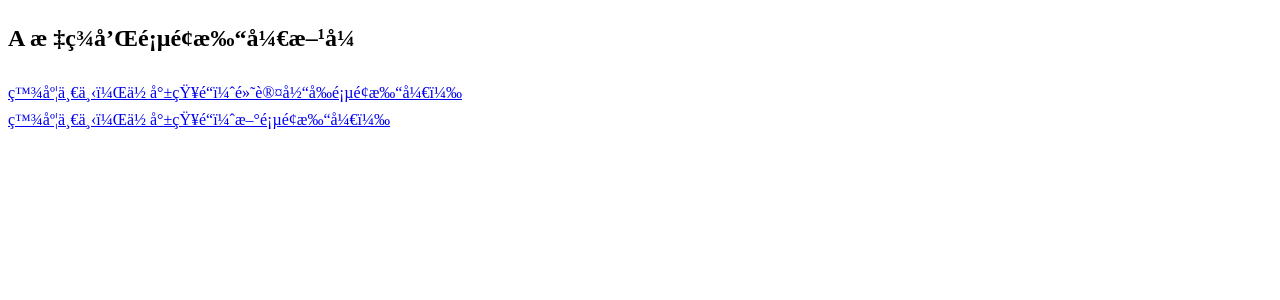
Repository: liang-n/front-end-basics
Page: 08-超链接.html
The author's editor kept a copy of each file at every save. The page is drawn from the files as they stood at one save, then again after a run of saves.
The browser window is 1280 px wide. The pictures show the whole page.

Above is the page before, as saved 2022-05-15 13:05:15.

### 08-超链接.html
<!DOCTYPE html>
<html>

<head>
    <meta charset="uft-8" />
    <title>08-超链接</title>
</head>

<body>
    <h2>A 标签和页面打开方式</h2>
    <a href="https://www.baidu.coom/">百度一下，你就知道（默认当前页面打开）</a>
    <br/>
    <a href="https://www.baidu.coom/" target="_blank">百度一下，你就知道（新页面打开）</a>
    <h2></h2>
</body>

</html>

After the next 2 saves:
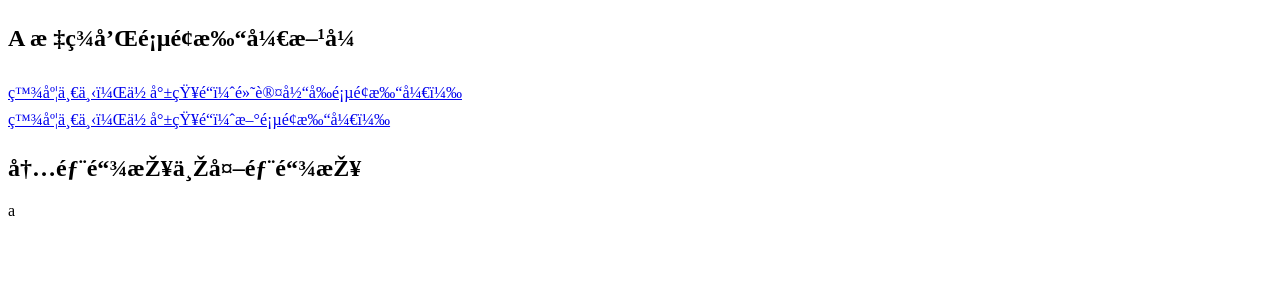
The 2 saves are shown as one change because they came seconds apart.
The last was saved 22 s later.
--- a/08-超链接.html
+++ b/08-超链接.html
@@ -11,7 +11,8 @@
     <a href="https://www.baidu.coom/">百度一下，你就知道（默认当前页面打开）</a>
     <br/>
     <a href="https://www.baidu.coom/" target="_blank">百度一下，你就知道（新页面打开）</a>
-    <h2></h2>
+    <h2>内部链接与外部链接</h2>
+    a
 </body>
 
 </html>
